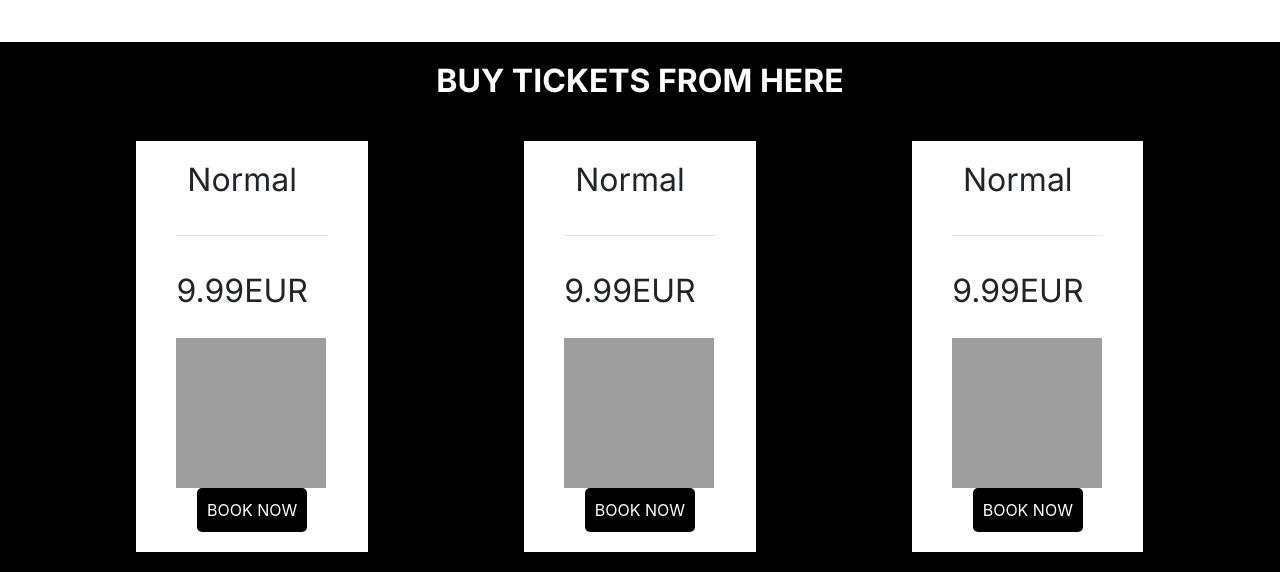
Repository: m-koparanova/MuseumOfCandy
Page: index.html
An editor plug-in stored every save of this project. The page is shown before and after the next save, followed by the edit.
The browser window is 1280 px wide. The pictures show the part of the page from y = 1376 to 1948 px (the page is 1948 px tall before and 1908 px after).
Pictures or frames that could not be fetched are drawn as grey boxes. Some web fonts or font styles are not loaded; a fallback is used.

Above is the page before, as saved 2023-03-05 22:42:32.

After the next save:
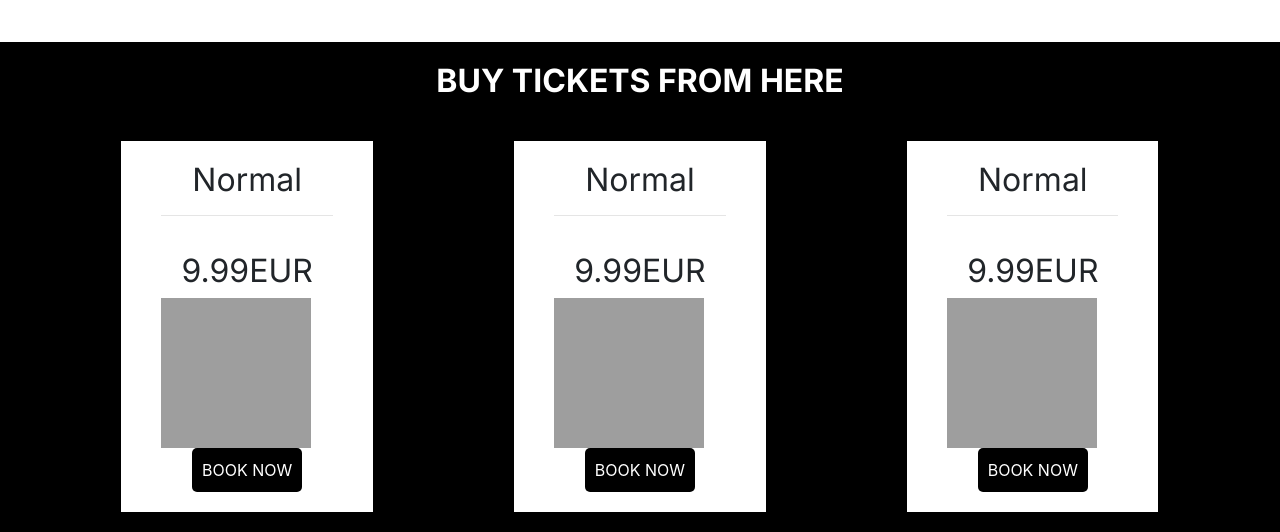
Saved 45 s later.
--- a/style.css
+++ b/style.css
@@ -153,7 +153,7 @@
     font-family: 'Inter', sans-serif;
     font-weight: 400;
     top: 10px;
-    padding: 20px 20px 20px 0px;
+    padding: 20px 20px 0px 20px;
 
 }
 .ticket-button{
